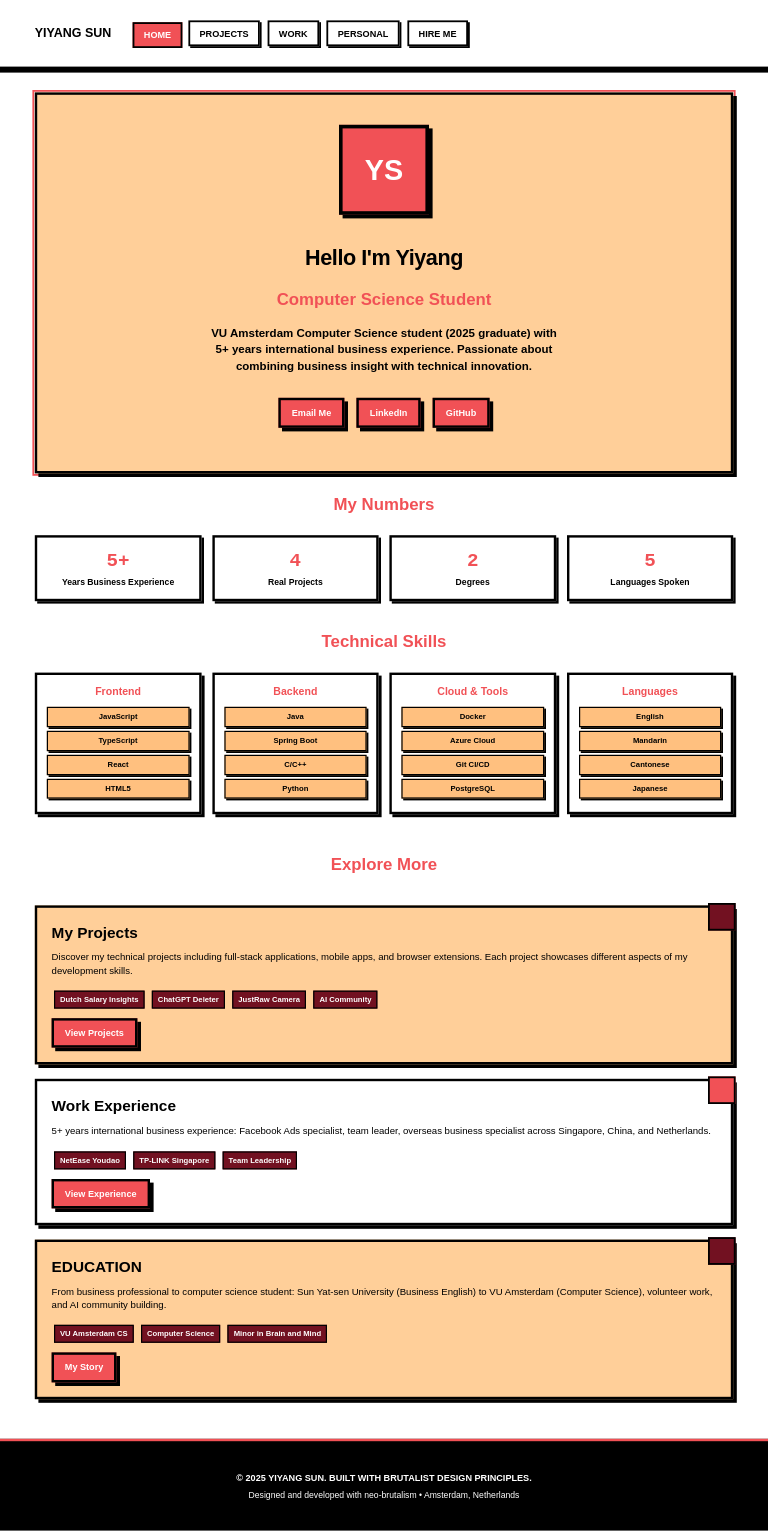
Repository: miloyiyangsun/yiyangsun.github.io
Page: .superdesign/design_iterations/yiyang_home_v2.html
These files come from the project's save history. The page is drawn as it stood at one moment and after the next save; the edit follows.
The browser window is 1280 px wide. The pictures show the whole page, at 60% of full size.

Above is the page before, as saved 2025-09-03 17:49:02.

### .superdesign/design_iterations/yiyang_home_v2.html
<!DOCTYPE html>
<html lang="en">
<head>
    <meta charset="UTF-8">
    <meta name="viewport" content="width=device-width, initial-scale=1.0">
    <title>Yiyang Sun - Computer Science Student [Neo-Brutalist Portfolio]</title>
    <meta name="description" content="Yiyang Sun - VU Amsterdam Computer Science student with 5+ years business experience. Neo-brutalist portfolio design.">

    <!-- Neo-Brutalist Theme -->
    <link rel="stylesheet" href="brutalist_theme_v2.css">

    <style>
        /* Page-specific brutal styles */
        body {
            padding-top: 120px;
            background: #FFFFFF;
        }

        .main-container {
            max-width: 1200px;
            margin: 0 auto;
            padding: 18px;
        }

        /* Hero Avatar - Brutalist */
        .brutalist-avatar-container {
            display: inline-block;
            position: relative;
            margin: 18px auto;
        }

        .brutalist-avatar {
            width: 150px;
            height: 150px;
            border: 6px solid #000000;
            box-shadow: 6px 6px 0 #000000;
            display: block;
            background: #F15156;
        }

        .brutalist-avatar::before {
            content: 'YS';
            position: absolute;
            top: 50%;
            left: 50%;
            transform: translate(-50%, -50%);
            font-family: Arial, sans-serif;
            font-size: 3rem;
            font-weight: 900;
            color: #FFFFFF;
            text-align: center;
        }

        /* Stats specific styling */
        .stats-section {
            margin: 32px 0;
        }

        /* Skills brutal grid */
        .skills-brutal-grid {
            display: grid;
            grid-template-columns: repeat(4, 1fr);
            gap: 18px;
            margin: 24px 0;
        }

        .skill-category {
            background: #FFFFFF;
            border: 4px solid #000000;
            padding: 16px;
            box-shadow: 5px 5px 0 #000000;
        }

        .skill-category h3 {
            color: #F15156;
            font-size: 1.1rem;
            margin-bottom: 12px;
            text-align: center;
        }

        .skill-item {
            background: #FFC07F;
            border: 2px solid #000000;
            padding: 6px 10px;
            margin: 6px 0;
            font-weight: 700;
            font-size: 0.8rem;
            text-align: center;
            box-shadow: 3px 3px 0 #000000;
        }

        .skill-item:hover {
            background: #F15156;
            color: #FFFFFF;
            transform: translate(-1px, -1px);
            box-shadow: 4px 4px 0 #000000;
        }

        /* Preview cards brutal */
        .preview-section {
            margin: 48px 0;
        }

        .preview-card {
            background: #FFFFFF;
            border: 4px solid #000000;
            padding: 24px;
            margin: 24px 0;
            box-shadow: 6px 6px 0 #000000;
            position: relative;
        }

        .preview-card::before {
            content: '';
            position: absolute;
            top: -8px;
            right: -8px;
            width: 40px;
            height: 40px;
            background: #F15156;
            border: 3px solid #000000;
        }

        .preview-card:nth-child(even) {
            background: #FFCF99;
        }

        .preview-card:nth-child(even)::before {
            background: #721121;
        }

        .preview-title {
            font-size: 1.6rem;
            font-weight: 900;
            color: #000000;
            margin-bottom: 12px;
        }

        .preview-description {
            font-size: 1rem;
            line-height: 1.4;
            margin-bottom: 18px;
        }

        .preview-tags {
            margin: 12px 0;
        }

        .preview-tag {
            display: inline-block;
            background: #721121;
            color: #FFFFFF;
            padding: 4px 8px;
            margin: 4px;
            border: 2px solid #000000;
            font-weight: 700;
            font-size: 0.8rem;
        }

        /* Mobile brutal responsive */
        @media (max-width: 768px) {
            .skills-brutal-grid {
                grid-template-columns: repeat(2, 1fr);
                gap: 12px;
            }

            .brutalist-avatar {
                width: 120px;
                height: 120px;
            }

            .brutalist-avatar::before {
                font-size: 2.2rem;
            }

            .preview-card {
                padding: 16px;
                margin: 16px 0;
            }
        }
    </style>
</head>

<body>
    <!-- Brutalist Navigation -->
    <nav class="brutalist-nav">
        <div class="main-container">
            <strong style="font-size: 1.3rem; margin-right: 24px;">YIYANG SUN</strong>
            <a href="yiyang_home_v2.html" class="brutalist-nav-item active">HOME</a>
            <a href="yiyang_projects_v2.html" class="brutalist-nav-item">PROJECTS</a>
            <a href="yiyang_work_v2.html" class="brutalist-nav-item">WORK</a>
            <a href="yiyang_personal_v2.html" class="brutalist-nav-item">PERSONAL</a>
            <a href="yiyang_hireme_v2.html" class="brutalist-nav-item">HIRE ME</a>
        </div>
    </nav>

    <!-- Main Content -->
    <main class="main-container">
        <!-- Hero Section - Brutalist -->
        <section class="brutalist-hero">
            <div class="brutalist-text-center">
                <div class="brutalist-avatar-container">
                    <div class="brutalist-avatar"></div>
                </div>

                <h1 class="title-huge" style="margin: 24px 0;">Hello I'm Yiyang</h1>
                <h2 class="title-large" style="margin: 16px 0;">Computer Science Student</h2>

                <p style="font-size: 1.2rem; max-width: 600px; margin: 24px auto; font-weight: 700;">
                    VU Amsterdam Computer Science student (2025 graduate) with 5+ years international business experience.
                    Passionate about combining business insight with technical innovation.
                </p>

                <div style="margin: 32px 0;">
                    <a href="mailto:miloyysun@outlook.com" class="brutalist-button" style="margin: 8px;">Email Me</a>
                    <a href="https://linkedin.com/in/yiyangsunmilo" class="brutalist-button" style="margin: 8px;">LinkedIn</a>
                    <a href="https://github.com/miloyiyangsun" class="brutalist-button" style="margin: 8px;">GitHub</a>
                </div>
            </div>
        </section>

        <!-- Stats Section - Brutalist -->
        <section class="stats-section">
            <h2 class="title-large brutalist-text-center" style="margin: 32px 0;">My Numbers</h2>

            <div class="brutalist-stats">
                <div class="brutalist-stat">
                    <span class="brutalist-stat-number">5+</span>
                    <span class="brutalist-stat-label">Years Business Experience</span>
                </div>
                <div class="brutalist-stat">
                    <span class="brutalist-stat-number">4</span>
                    <span class="brutalist-stat-label">Real Projects</span>
                </div>
                <div class="brutalist-stat">
                    <span class="brutalist-stat-number">2</span>
                    <span class="brutalist-stat-label">Degrees</span>
                </div>
                <div class="brutalist-stat">
                    <span class="brutalist-stat-number">5</span>
                    <span class="brutalist-stat-label">Languages Spoken</span>
                </div>
            </div>
        </section>

        <!-- Skills Section - Brutalist -->
        <section>
            <h2 class="title-large brutalist-text-center" style="margin: 48px 0 32px 0;">Technical Skills</h2>

            <div class="skills-brutal-grid">
                <div class="skill-category">
                    <h3>Frontend</h3>
                    <div class="skill-item">JavaScript</div>
                    <div class="skill-item">TypeScript</div>
                    <div class="skill-item">React</div>
                    <div class="skill-item">HTML5</div>
                </div>

                <div class="skill-category">
                    <h3>Backend</h3>
                    <div class="skill-item">Java</div>
                    <div class="skill-item">Spring Boot</div>
                    <div class="skill-item">C/C++</div>
                    <div class="skill-item">Python</div>
                </div>

                <div class="skill-category">
                    <h3>Cloud & Tools</h3>
                    <div class="skill-item">Docker</div>
                    <div class="skill-item">Azure Cloud</div>
                    <div class="skill-item">Git CI/CD</div>
                    <div class="skill-item">PostgreSQL</div>
                </div>

                <div class="skill-category">
                    <h3>Languages</h3>
                    <div class="skill-item">English</div>
                    <div class="skill-item">Mandarin</div>
                    <div class="skill-item">Cantonese</div>
                    <div class="skill-item">Japanese</div>
                </div>
            </div>
        </section>

        <!-- Preview Cards Section - Brutalist -->
        <section class="preview-section">
            <h2 class="title-large brutalist-text-center" style="margin: 64px 0 48px 0;">Explore More</h2>

            <div class="preview-card">
                <div class="preview-title">My Projects</div>
                <div class="preview-description">
                    Discover my technical projects including full-stack applications, mobile apps,
                    and browser extensions. Each project showcases different aspects of my development skills.
                </div>
                <div class="preview-tags">
                    <span class="preview-tag">Dutch Salary Insights</span>
                    <span class="preview-tag">ChatGPT Deleter</span>
                    <span class="preview-tag">JustRaw Camera</span>
                    <span class="preview-tag">AI Community</span>
                </div>
                <a href="yiyang_projects_v2.html" class="brutalist-button">View Projects</a>
            </div>

            <div class="preview-card">
                <div class="preview-title">Work Experience</div>
                <div class="preview-description">
                    5+ years international business experience: Facebook Ads specialist, team leader,
                    overseas business specialist across Singapore, China, and Netherlands.
                </div>
                <div class="preview-tags">
                    <span class="preview-tag">NetEase Youdao</span>
                    <span class="preview-tag">TP-LINK Singapore</span>
                    <span class="preview-tag">Team Leadership</span>
                </div>
                <a href="yiyang_work_v2.html" class="brutalist-button">View Experience</a>
            </div>

            <div class="preview-card">
                <div class="preview-title">EDUCATION</div>
                <div class="preview-description">
                    From business professional to computer science student: Sun Yat-sen University (Business English)
                    to VU Amsterdam (Computer Science), volunteer work, and AI community building.
                </div>
                <div class="preview-tags">
                    <span class="preview-tag">VU Amsterdam CS</span>
                    <span class="preview-tag">Computer Science</span>
                    <span class="preview-tag">Minor in Brain and Mind</span>
                </div>
                <a href="yiyang_personal_v2.html" class="brutalist-button">My Story</a>
            </div>
        </section>

    </main>

    <!-- Footer - Brutalist -->
    <footer style="background: #000000; color: #FFFFFF; padding: 32px; text-align: center; border-top: 4px solid #F15156;">
        <div class="main-container">
            <p style="font-weight: 700; margin-bottom: 8px;">
                &copy; 2025 YIYANG SUN. BUILT WITH BRUTALIST DESIGN PRINCIPLES.
            </p>
            <p style="font-size: 0.9rem;">
                Designed and developed with neo-brutalism • Amsterdam, Netherlands
            </p>
        </div>
    </footer>

    <script>
        // Minimal JavaScript - True to brutalist philosophy
        console.log('🏗️ YIYANG SUN PORTFOLIO - NEO-BRUTALIST VERSION');
        console.log('Built with minimal JS, maximum impact!');

        // Simple click feedback for brutalist buttons
        document.querySelectorAll('.brutalist-button, .skill-item').forEach(element => {
            element.addEventListener('mousedown', function() {
                this.style.transform = 'translate(3px, 3px)';
                this.style.boxShadow = 'none';
            });

            element.addEventListener('mouseup', function() {
                this.style.transform = '';
                this.style.boxShadow = '';
            });
        });
    </script>
</body>
</html>

### .superdesign/design_iterations/brutalist_theme_v2.css
/*
 * Neo-Brutalism Theme v2.0 - Yiyang Sun Portfolio
 * Based on 2024 Brutalist Web Design Trends
 * Color Palette: Burgundy to Sunset Red System
 */

:root {
  /* Core Color Palette */
  --burgundy: #721121;
  --chestnut: #A5402D;
  --indian-red: #F15156;
  --fawn: #FFC07F;
  --sunset: #FFCF99;

  /* Brutalist System Colors */
  --bg-primary: #FFFFFF;
  --bg-dark: var(--burgundy);
  --text-primary: #000000;
  --text-inverse: #FFFFFF;
  --shadow-color: #000000;

  /* Typography */
  --font-system: Arial, Helvetica, "Nimbus Sans L", "Liberation Sans", sans-serif;
  --font-mono: "Courier New", monospace;
  --font-size-huge: 2.25rem;
  --font-size-large: 1.75rem;
  --font-size-medium: 1.1rem;
  --font-size-normal: 0.95rem;

  /* Spacing & Shadows */
  --border-thick: 4px;
  --border-medium: 3px;
  --border-thin: 2px;
  --shadow-offset: 6px;
  --shadow-offset-sm: 4px;
}

/* Reset & Base */
* {
  box-sizing: border-box;
  margin: 0;
  padding: 0;
}

body {
  font-family: var(--font-system) !important;
  font-size: var(--font-size-normal);
  line-height: 1.4;
  color: var(--text-primary);
  background: var(--bg-primary);
  overflow-x: hidden;
}

/* Neo-Brutalist Typography */
h1, .title-huge {
  font-family: var(--font-system);
  font-size: var(--font-size-huge);
  font-weight: 900;
  letter-spacing: -0.02em;
  color: var(--text-primary);
}

h2, .title-large {
  font-family: var(--font-system);
  font-size: var(--font-size-large);
  font-weight: 700;
  color: var(--indian-red);
}

h3, .title-medium {
  font-family: var(--font-system);
  font-size: var(--font-size-medium);
  font-weight: 700;
}

/* Brutalist Components */
.brutalist-button {
  display: inline-block;
  padding: 10px 18px;
  background: var(--indian-red);
  color: var(--text-inverse);
  border: var(--border-thick) solid var(--text-primary);
  font-family: var(--font-system);
  font-weight: 700;
  font-size: var(--font-size-normal);
  text-decoration: none;
  cursor: pointer;
  transition: none;
  box-shadow: var(--shadow-offset) var(--shadow-offset) 0 var(--shadow-color);
}

.brutalist-button:hover {
  background: var(--chestnut);
  transform: translate(2px, 2px);
  box-shadow: calc(var(--shadow-offset) - 2px) calc(var(--shadow-offset) - 2px) 0 var(--shadow-color);
}

.brutalist-button:active {
  transform: translate(var(--shadow-offset), var(--shadow-offset));
  box-shadow: none;
}

.brutalist-card {
  background: var(--bg-primary);
  border: var(--border-thick) solid var(--text-primary);
  padding: 18px;
  margin: 12px 0;
  box-shadow: var(--shadow-offset) var(--shadow-offset) 0 var(--shadow-color);
}

.brutalist-card:hover {
  transform: translate(-2px, -2px);
  box-shadow: calc(var(--shadow-offset) + 2px) calc(var(--shadow-offset) + 2px) 0 var(--shadow-color);
}

/* Navigation - Brutalist Style */
.brutalist-nav {
  background: var(--bg-primary);
  border-bottom: var(--border-thick) solid var(--text-primary);
  padding: 16px 0;
  position: fixed;
  top: 0;
  left: 0;
  right: 0;
  z-index: 1000;
  box-shadow: 0 var(--shadow-offset) 0 var(--shadow-color);
}

.brutalist-nav-item {
  display: inline-block;
  padding: 8px 16px;
  background: var(--bg-primary);
  border: var(--border-medium) solid var(--text-primary);
  margin: 0 4px;
  text-decoration: none;
  color: var(--text-primary);
  font-weight: 700;
  transition: none;
  box-shadow: 3px 3px 0 var(--shadow-color);
}

.brutalist-nav-item:hover {
  background: var(--fawn);
  transform: translate(1px, 1px);
  box-shadow: 2px 2px 0 var(--shadow-color);
}

.brutalist-nav-item.active {
  background: var(--indian-red);
  color: var(--text-inverse);
  transform: translate(3px, 3px);
  box-shadow: none;
}

/* Hero Section - Brutalist */
.brutalist-hero {
  background: var(--sunset);
  border: var(--border-thick) solid var(--text-primary);
  padding: 32px 20px;
  margin: 16px 0;
  text-align: center;
  box-shadow: var(--shadow-offset) var(--shadow-offset) 0 var(--shadow-color);
  position: relative;
}

.brutalist-hero::before {
  content: '';
  position: absolute;
  top: -8px;
  left: -8px;
  right: -8px;
  bottom: -8px;
  border: var(--border-medium) solid var(--indian-red);
  z-index: -1;
}

/* Stats Grid - Brutalist */
.brutalist-stats {
  display: grid;
  grid-template-columns: repeat(auto-fit, minmax(200px, 1fr));
  gap: 18px;
  margin: 24px 0;
}

.brutalist-stat {
  background: var(--bg-primary);
  border: var(--border-thick) solid var(--text-primary);
  padding: 18px;
  text-align: center;
  box-shadow: var(--shadow-offset-sm) var(--shadow-offset-sm) 0 var(--shadow-color);
}

.brutalist-stat-number {
  font-family: var(--font-mono);
  font-size: 2rem;
  font-weight: 900;
  color: var(--indian-red);
  display: block;
}

.brutalist-stat-label {
  font-family: var(--font-system);
  font-weight: 700;
  color: var(--text-primary);
  font-size: 0.9rem;
  margin-top: 8px;
}

/* Skill Grid - Brutalist */
.brutalist-skills {
  display: grid;
  grid-template-columns: repeat(auto-fit, minmax(120px, 1fr));
  gap: 12px;
  margin: 24px 0;
}

.brutalist-skill {
  background: var(--fawn);
  border: var(--border-medium) solid var(--text-primary);
  padding: 12px;
  text-align: center;
  box-shadow: 4px 4px 0 var(--shadow-color);
}

.brutalist-skill:hover {
  background: var(--indian-red);
  color: var(--text-inverse);
  transform: translate(-1px, -1px);
  box-shadow: 5px 5px 0 var(--shadow-color);
}

/* Contact Cards - Brutalist */
.brutalist-contact {
  background: var(--bg-primary);
  border: var(--border-thick) solid var(--text-primary);
  padding: 16px;
  margin: 12px 0;
  box-shadow: var(--shadow-offset-sm) var(--shadow-offset-sm) 0 var(--shadow-color);
}

.brutalist-contact:hover {
  background: var(--sunset);
  transform: translate(-2px, -2px);
  box-shadow: calc(var(--shadow-offset-sm) + 2px) calc(var(--shadow-offset-sm) + 2px) 0 var(--shadow-color);
}

/* Forms - Brutalist */
input, textarea, select {
  font-family: var(--font-system);
  font-size: var(--font-size-normal);
  padding: 6px 10px;
  border: var(--border-medium) solid var(--text-primary);
  background: var(--bg-primary);
  color: var(--text-primary);
  box-shadow: 2px 2px 0 var(--shadow-color);
}

input:focus, textarea:focus, select:focus {
  outline: none;
  background: var(--sunset);
  box-shadow: 4px 4px 0 var(--shadow-color);
}

/* Utility Classes */
.brutalist-bg-primary { background: var(--bg-primary); }
.brutalist-bg-dark { background: var(--bg-dark); color: var(--text-inverse); }
.brutalist-bg-red { background: var(--indian-red); color: var(--text-inverse); }
.brutalist-bg-fawn { background: var(--fawn); }
.brutalist-bg-sunset { background: var(--sunset); }

.brutalist-text-center { text-align: center; }
.brutalist-text-left { text-align: left; }
.brutalist-text-right { text-align: right; }

.brutalist-border { border: var(--border-thick) solid var(--text-primary); }
.brutalist-border-thin { border: var(--border-thin) solid var(--text-primary); }

.brutalist-shadow { box-shadow: var(--shadow-offset) var(--shadow-offset) 0 var(--shadow-color); }
.brutalist-shadow-sm { box-shadow: var(--shadow-offset-sm) var(--shadow-offset-sm) 0 var(--shadow-color); }

.brutalist-mono { font-family: var(--font-mono); }

/* Responsive */
@media (max-width: 768px) {
  :root {
    --font-size-huge: 1.8rem;
    --font-size-large: 1.4rem;
    --shadow-offset: 4px;
  }

  .brutalist-nav-item {
    display: block;
    margin: 4px 0;
  }

  .brutalist-stats {
    grid-template-columns: repeat(2, 1fr);
  }

  .brutalist-skills {
    grid-template-columns: repeat(2, 1fr);
  }
}

/* Scrollbar - Brutalist */
::-webkit-scrollbar {
  width: 16px;
}

::-webkit-scrollbar-track {
  background: var(--bg-primary);
  border: var(--border-thin) solid var(--text-primary);
}

::-webkit-scrollbar-thumb {
  background: var(--indian-red);
  border: var(--border-thin) solid var(--text-primary);
}

::-webkit-scrollbar-thumb:hover {
  background: var(--chestnut);
}

/* Animation Overrides - Minimalist Brutalist Approach */
* {
  transition: none !important;
  animation: none !important;
}

/* Only allow basic hover transforms */
.brutalist-button,
.brutalist-card,
.brutalist-contact,
.brutalist-skill {
  transition: transform 0.1s ease-out, box-shadow 0.1s ease-out !important;
}

After the next save:
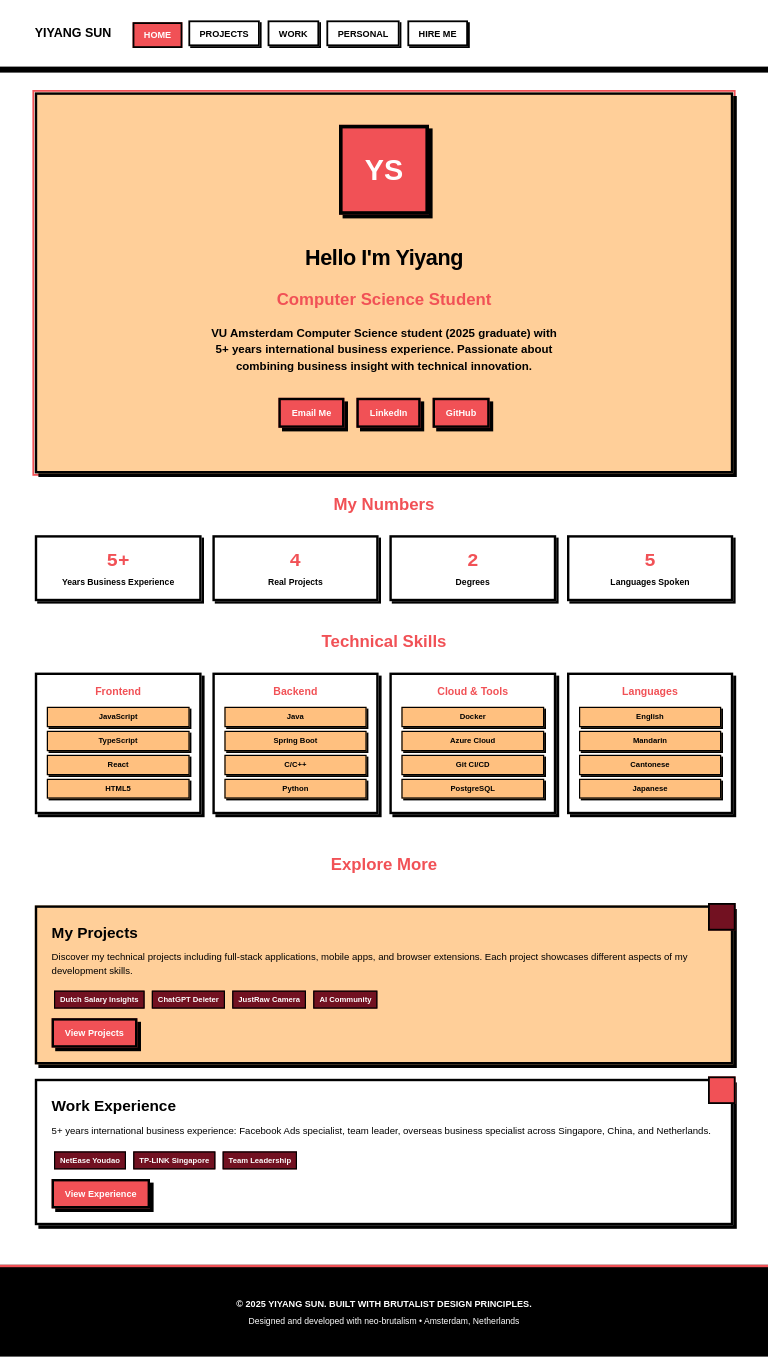
Saved 70 s later.
--- a/.superdesign/design_iterations/yiyang_home_v2.html
+++ b/.superdesign/design_iterations/yiyang_home_v2.html
@@ -315,19 +315,19 @@
                 <a href="yiyang_work_v2.html" class="brutalist-button">View Experience</a>
             </div>
 
-            <div class="preview-card">
-                <div class="preview-title">EDUCATION</div>
+            <!-- <div class="preview-card">
+                <div class="preview-title">Personal Journey</div>
                 <div class="preview-description">
                     From business professional to computer science student: Sun Yat-sen University (Business English)
                     to VU Amsterdam (Computer Science), volunteer work, and AI community building.
                 </div>
                 <div class="preview-tags">
                     <span class="preview-tag">VU Amsterdam CS</span>
-                    <span class="preview-tag">Computer Science</span>
-                    <span class="preview-tag">Minor in Brain and Mind</span>
+                    <span class="preview-tag">Sun Yat-sen University</span>
+                    <span class="preview-tag">Career Transition</span>
                 </div>
                 <a href="yiyang_personal_v2.html" class="brutalist-button">My Story</a>
-            </div>
+            </div> -->
         </section>
 
     </main>
